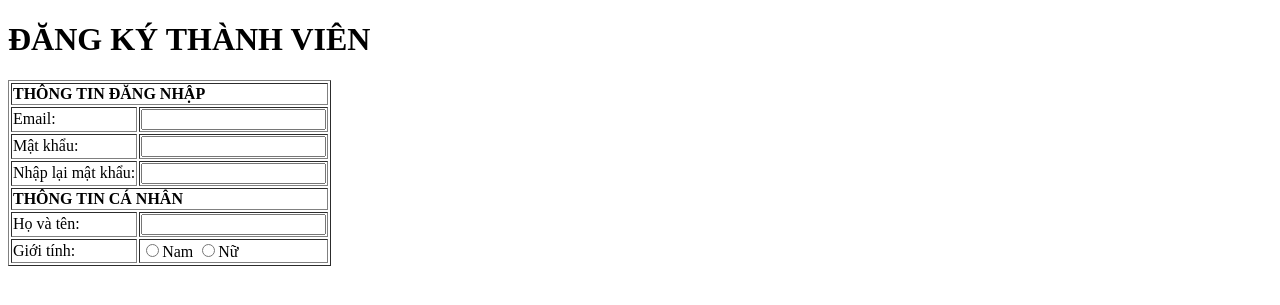
Repository: vnmk1/jsp_servlet-tutorials
Page: Bai2_HTML/src/main/webapp/register.html
An editor plug-in stored every save of this project. The page is shown before and after the next save, followed by the edit.
The browser window is 1280 px wide. The pictures show the whole page.

Above is the page before, as saved 2023-07-15 09:19:06.

After the next save:
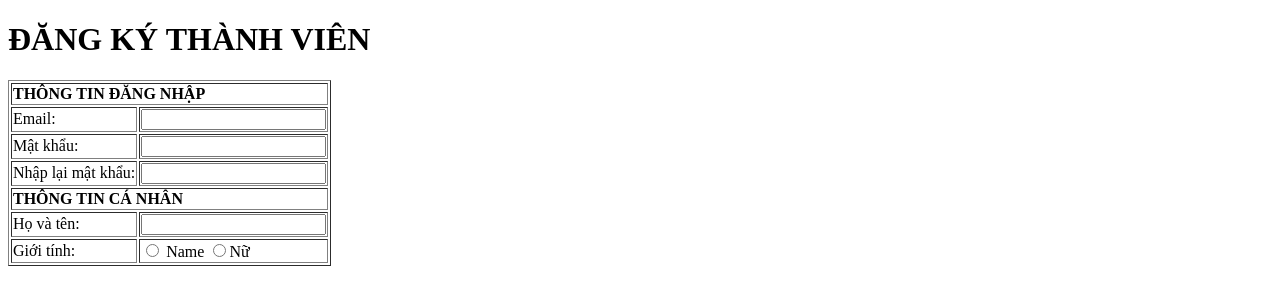
Saved 99 s later.
--- a/Bai2_HTML/src/main/webapp/register.html
+++ b/Bai2_HTML/src/main/webapp/register.html
@@ -33,8 +33,9 @@
 		<tr>
 			<td>Giới tính:</td>
 			<td>
-				<input type="radio" name="gioiTinh" id="idGioiTinh" value="M">Nam</input>
-				<input type="radio" name="gioiTinh" id="idGioiTinh" value="F">Nữ</input>
+				<input type="radio" name="gioiTinh" id="idGioiTinhM" value="M">
+				<label for="idGioiTinhM">Name</label>
+				<input type="radio" name="gioiTinh" id="idGioiTinhF" value="F">Nữ
 			</td>
 		</tr>
 	</tbody>
